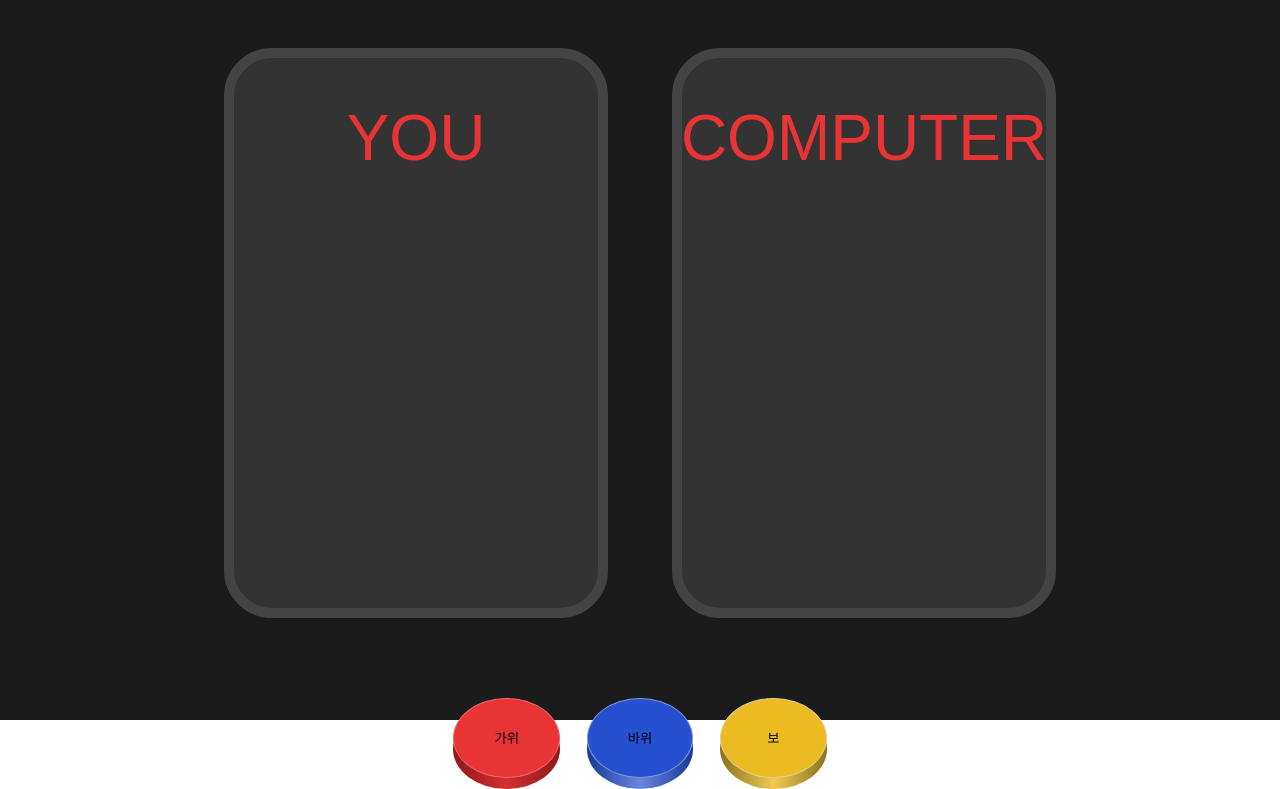
Repository: KIMMIHYE12/classComponent
Page: /
The author's editor kept a copy of each file at every save. The page is drawn from the files as they stood at one save, then again after the next save.
The browser window is 1280 px wide. The pictures show the whole page.
Some web fonts or font styles are not loaded; a fallback is used. The project was rebuilt for these pictures with package versions that can differ from the ones it lists, and the page was loaded fresh each time.

Above is the page before, as saved 2024-03-19 23:47:25.

### src/App.js
import { object } from "prop-types";
import { useState } from "react";
import "./App.css";
import { Box } from "./component/Box";

const choice = {
  scissors: {
    name: "Scissors",
    img: "/images/scissors.png",
    describe: "가위 이미지",
  },
  rock: {
    name: "Rock",
    img: "/images/rock.png",
    describe: "바위 이미지",
  },
  paper: {
    name: "Paper",
    img: "/images/paper.png",
    describe: "보 이미지",
  },
};

function App() {
  const [userSelect, setUserSelect] = useState(null);
  const [computerSelect, setComputerSelect] = useState(null);
  const [result, setResult] = useState("");

  const play = (userChoice) => {
    setUserSelect(choice[userChoice]);
    let computerChoice = remdomChoice();
    setComputerSelect(computerChoice);
    setResult(judgement(choice[userChoice], computerChoice));
  };

  const remdomChoice = () => {
    let itemArray = Object.keys(choice);
    let randomItem = Math.floor(Math.random() * itemArray.length);
    let final = itemArray[randomItem];
    return choice[final];
  };

  const judgement = (user, computer) => {
    if (user.name == computer.name) {
      return "Tie";
    } else if (user.name == "Scissors")
      return computer.name == "Paper" ? "Win" : "Lose";
    else if (user.name == "Rock")
      return computer.name == "Scissors" ? "Win" : "Lose";
    else if (user.name == "Paper")
      return computer.name == "Rock" ? "Win" : "Lose";
  };

  return (
    <div className='content'>
      <div className='game_screen'>
        <Box title='YOU' item={userSelect} result={result} />
        <Box title='COMPUTER' item={computerSelect} result={result} />
      </div>
      <div className='btn_wrap'>
        <button
          className='scissors'
          onClick={() => {
            play("scissors");
          }}
        >
          가위
        </button>
        <button
          className='rock'
          onClick={() => {
            play("rock");
          }}
        >
          바위
        </button>
        <button
          className='paper'
          onClick={() => {
            play("paper");
          }}
        >
          보
        </button>
      </div>
    </div>
  );
}

export default App;

### src/App.css
@import url("https://use.typekit.net/ebb2deg.css");

@font-face {
  font-family: "GmarketSansMedium";
  src: url("https://cdn.jsdelivr.net/gh/projectnoonnu/noonfonts_2001@1.1/GmarketSansMedium.woff")
    format("woff");
  font-weight: normal;
  font-style: normal;
}

* {
  box-sizing: border-box;
}

.content {
  height: 100vh;
  padding: 3em 0;
  background-color: #1b1b1b;
}

.game_screen {
  width: 100%;
  display: flex;
  justify-content: center;
}

.box {
  width: 30%;
  display: flex;
  flex-direction: column;
  align-items: center;
  margin: 0 2em;
  border: 10px solid #444;
  background: #333;
  border-radius: 3rem;
}

.neon {
  border: 10px solid #fff;
  box-shadow: 0 0 10px #fff, 0 0 10px #fff, 0 0 24px #f5b70c, 0 0 16px #f5b70c,
    0 0 24px #f5b70c, inset 0 0 10px #f5b70c;
}

h1 {
  font-size: 4em;
  color: #e83435;
  font-family: "gloridot", sans-serif;
  font-weight: 400;
  font-style: normal;
}

h2 {
  height: 2em;
  font-size: 2em;
  color: #e83435;
  font-family: "gloridot", sans-serif;
  font-weight: 400;
  font-style: normal;
  letter-spacing: 0.3rem;
}

.img_wrap {
  width: 70%;
  height: 0;
  padding-bottom: 75%;
}

img {
  width: 100%;
}

.btn_wrap {
  position: relative;
  margin-top: 5em;
  display: flex;
  justify-content: center;
  z-index: 1;
}

.btn_wrap button {
  position: relative;
  width: 8em;
  height: 6em;
  margin: 0 1em;
  border-radius: 50%;
  top: 0;
  outline: 0;
  font-family: "GmarketSansMedium";
  background-image: url(/public/images/btn_rock.png);
}

.btn_wrap button.scissors {
  background-color: #e83435;
  border: 1px solid #ec6666;
}

.btn_wrap button.rock {
  background-color: #2551d1;
  border: 1px solid #8097dc;
}

.btn_wrap button.paper {
  background-color: #ebbb1f;
  border: 1px solid #dfcf98;
}

.btn_wrap button:before {
  width: 8em;
  height: 6em;
  display: inline-block;
  content: "";
  position: absolute;
  top: 10px;
  left: -1px;
  right: 0;
  background: red;
  border-radius: 50%;
  z-index: -1;
}

.btn_wrap button.scissors:before {
  background: linear-gradient(
    90deg,
    rgba(143, 25, 25, 1) 0%,
    rgba(212, 47, 48, 1) 50%,
    rgba(143, 25, 25, 1) 100%
  );
}

.btn_wrap button.rock:before {
  background: linear-gradient(
    90deg,
    rgba(23, 56, 152, 1) 0%,
    rgba(106, 135, 221, 1) 50%,
    rgba(23, 56, 152, 1) 100%
  );
}

.btn_wrap button.paper:before {
  background: linear-gradient(
    90deg,
    rgba(139, 113, 30, 1) 0%,
    rgba(241, 203, 80, 1) 50%,
    rgba(139, 113, 30, 1) 100%
  );
}

.btn_wrap button:active {
  top: 4px;
}

.btn_wrap button:active:before {
  top: 6px;
}

### src/component/Box.js
import React from "react";

export const Box = (props) => {
  let result;
  console.log("title", props.title);

  if (
    props.title === "COMPUTER" &&
    props.result !== "Tie" &&
    props.result !== ""
  ) {
    result = props.result == "Win" ? "Lose" : "Win";
  } else {
    result = props.result;
  }

  return (
    <div className={`box ${result == "Lose" || result == "" ? "" : "neon"}`}>
      <h1>{props.title}</h1>
      <div className='img_wrap'>
        <img
          src={props.item && props.item.img}
          alt={props.item && props.item.describe}
        />
      </div>

      <h2>{result}</h2>
    </div>
  );
};

Loaded but not shown: public/index.html (common file); src/index.js (common file); src/index.css (common file); src/reportWebVitals.js (common file)

After the next save:
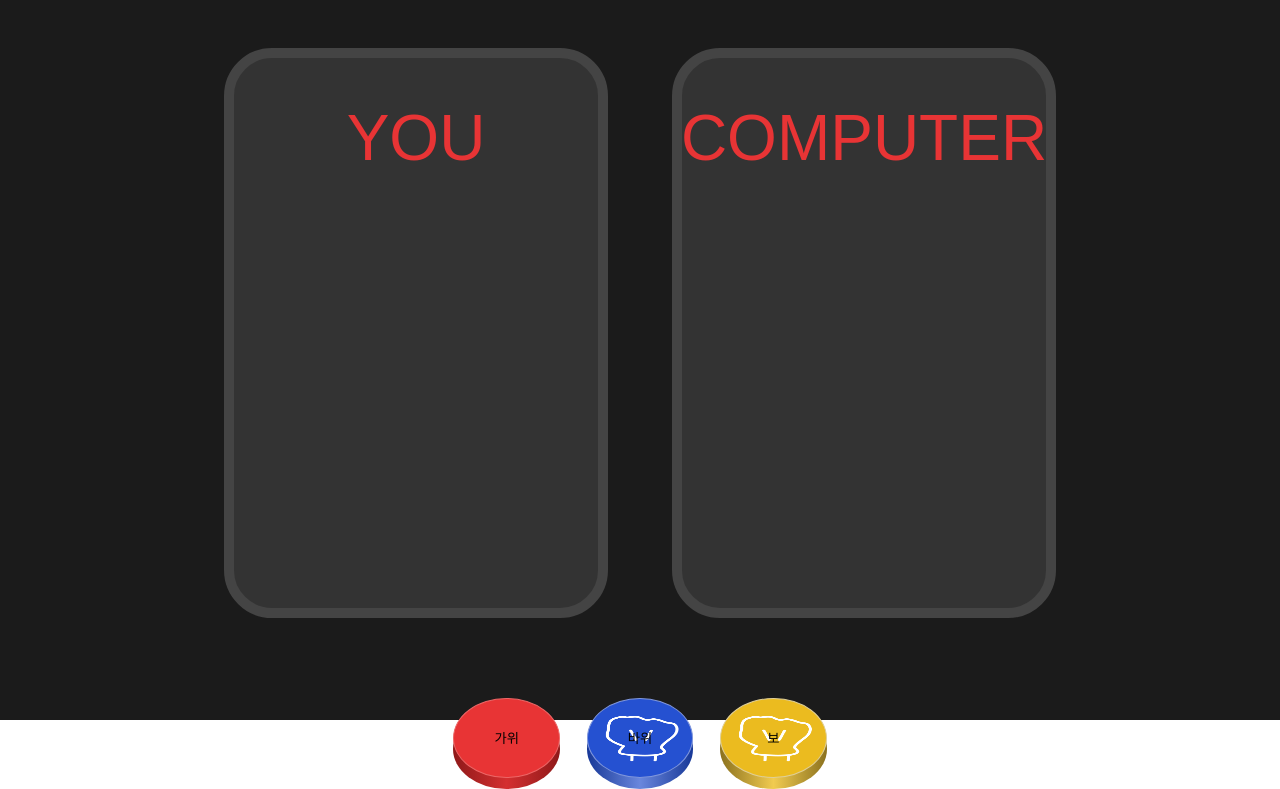
Not found: public/images/btn_scissor.png
Saved 2 min 25 s later.
--- a/src/App.css
+++ b/src/App.css
@@ -87,11 +87,13 @@
   outline: 0;
   font-family: "GmarketSansMedium";
   background-image: url(/public/images/btn_rock.png);
+  background-size: 100% 80%;
 }
 
 .btn_wrap button.scissors {
   background-color: #e83435;
   border: 1px solid #ec6666;
+  background-image: url(/public/images/btn_scissor.png);
 }
 
 .btn_wrap button.rock {

After the save that followed:
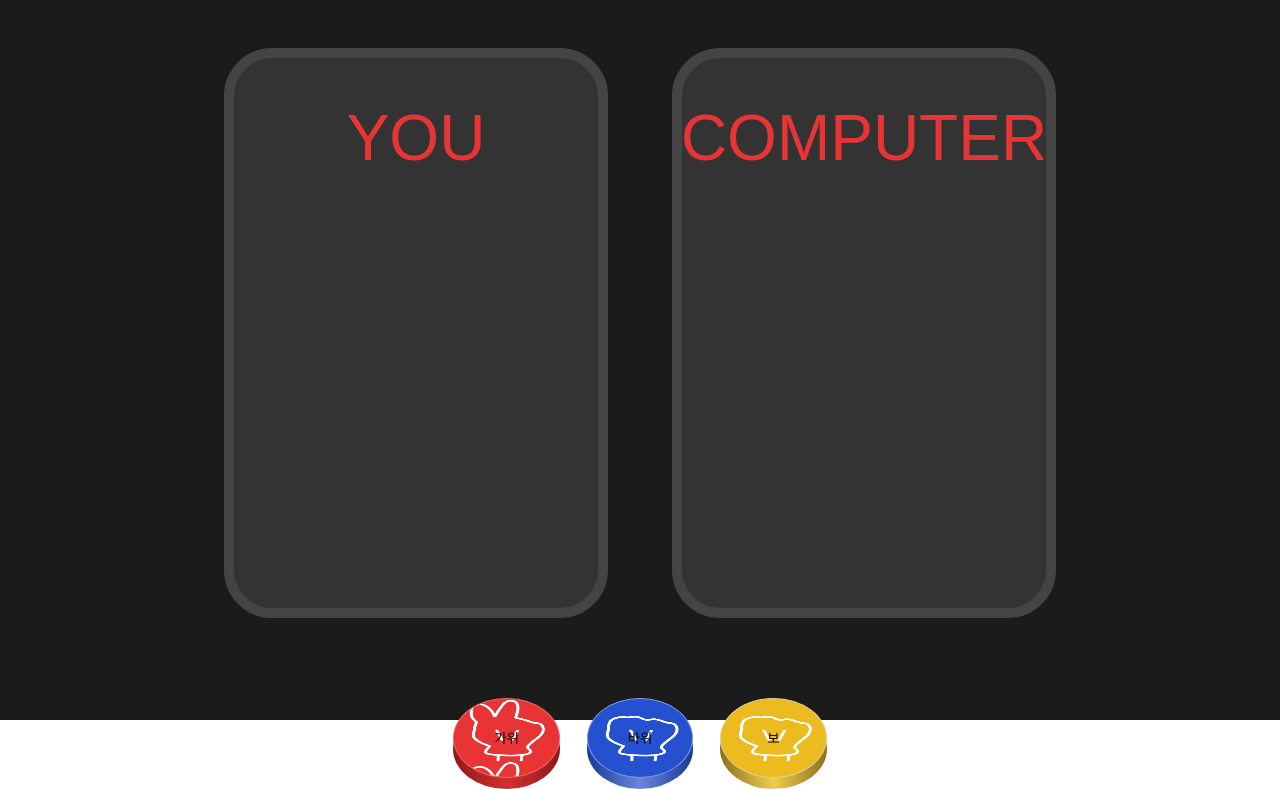
Saved 46 s later.
--- a/src/App.css
+++ b/src/App.css
@@ -93,7 +93,7 @@
 .btn_wrap button.scissors {
   background-color: #e83435;
   border: 1px solid #ec6666;
-  background-image: url(/public/images/btn_scissor.png);
+  background-image: url(/public/images/btn_scissors.png);
 }
 
 .btn_wrap button.rock {
